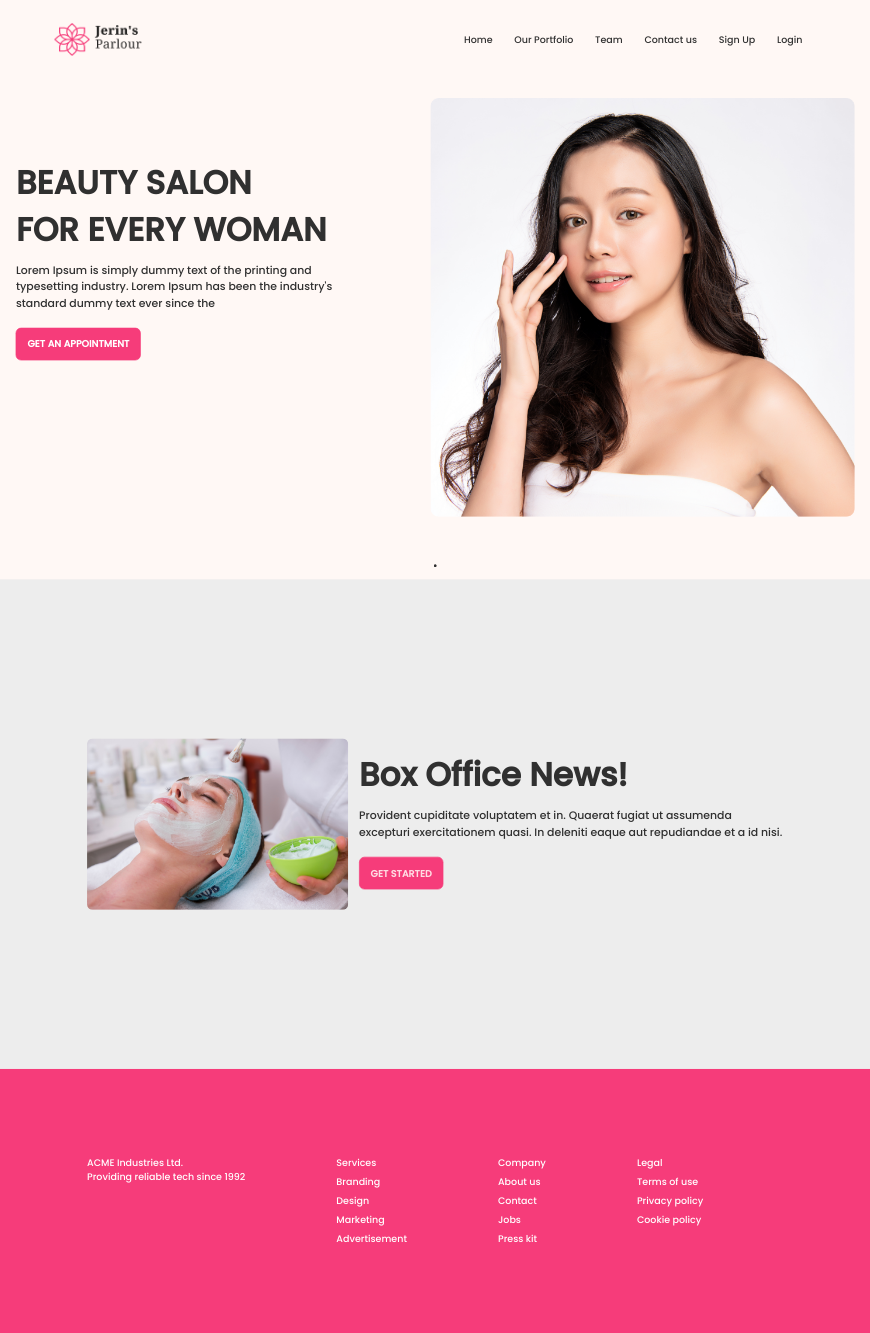
Repository: Wahid137/jerins-parlour-client
Page: /
An editor plug-in stored every save of this project. The page is shown before and after the next save, followed by the edit.
The browser window is 1280 px wide. The pictures show the whole page, at 68% of full size.
The page's requests for data from a server got no answer. The project was rebuilt for these pictures with package versions that can differ from the ones it lists, and the page was loaded fresh each time. No one was signed in, and anything a server would have sent is missing. Also part of the build but not shown: src/App.css, src/Pages/Home/Services/ServicesCard.js.

Above is the page before, as saved 2023-07-16 04:06:31.

### public/index.html
<!DOCTYPE html>
<html lang="en">
  <head>
    <meta charset="utf-8" />
    <link rel="icon" href="%PUBLIC_URL%/favicon.ico" />
    <meta name="viewport" content="width=device-width, initial-scale=1" />
    <meta name="theme-color" content="#000000" />
    <meta
      name="description"
      content="Web site created using create-react-app"
    />
    <link rel="preconnect" href="https://fonts.googleapis.com">
    <link rel="preconnect" href="https://fonts.gstatic.com" crossorigin>
    <link href="https://fonts.googleapis.com/css2?family=Poppins:wght@500&display=swap" rel="stylesheet">
    <link rel="apple-touch-icon" href="%PUBLIC_URL%/logo192.png" />
    <!--
      manifest.json provides metadata used when your web app is installed on a
      user's mobile device or desktop. See https://developers.google.com/web/fundamentals/web-app-manifest/
    -->
    <link rel="manifest" href="%PUBLIC_URL%/manifest.json" />
    <!--
      Notice the use of %PUBLIC_URL% in the tags above.
      It will be replaced with the URL of the `public` folder during the build.
      Only files inside the `public` folder can be referenced from the HTML.

      Unlike "/favicon.ico" or "favicon.ico", "%PUBLIC_URL%/favicon.ico" will
      work correctly both with client-side routing and a non-root public URL.
      Learn how to configure a non-root public URL by running `npm run build`.
    -->
    <title>React App</title>
  </head>
  <body>
    <noscript>You need to enable JavaScript to run this app.</noscript>
    <div id="root"></div>
    <!--
      This HTML file is a template.
      If you open it directly in the browser, you will see an empty page.

      You can add webfonts, meta tags, or analytics to this file.
      The build step will place the bundled scripts into the <body> tag.

      To begin the development, run `npm start` or `yarn start`.
      To create a production bundle, use `npm run build` or `yarn build`.
    -->
  </body>
</html>

### src/index.js
import React from 'react';
import ReactDOM from 'react-dom/client';
import './index.css';
import App from './App';
import reportWebVitals from './reportWebVitals';
import { QueryClient, QueryClientProvider } from '@tanstack/react-query'


// Create a client
const queryClient = new QueryClient()

const root = ReactDOM.createRoot(document.getElementById('root'));
root.render(
  <React.StrictMode>
    <QueryClientProvider client={queryClient}>
      <App />
    </QueryClientProvider>
  </React.StrictMode>
);

// If you want to start measuring performance in your app, pass a function
// to log results (for example: reportWebVitals(console.log))
// or send to an analytics endpoint. Learn more: https://bit.ly/CRA-vitals
reportWebVitals();

### src/index.css
@tailwind base;
@tailwind components;
@tailwind utilities;

body {
  background-color: #FFF8F5;
  margin: 0;
  font-family: -apple-system, BlinkMacSystemFont, 'Segoe UI', 'Roboto', 'Oxygen',
    'Ubuntu', 'Cantarell', 'Fira Sans', 'Droid Sans', 'Helvetica Neue',
    sans-serif;
    font-family: 'Poppins', sans-serif;
  -webkit-font-smoothing: antialiased;
  -moz-osx-font-smoothing: grayscale;
}

code {
  font-family: source-code-pro, Menlo, Monaco, Consolas, 'Courier New',
    monospace;
}

### src/App.js
import logo from './logo.svg';
import './App.css';
import { RouterProvider } from 'react-router-dom';
import router from './Routes/Routes/Routes';
import { Toaster } from 'react-hot-toast';

function App() {
  return (
    <div className=" mx-auto">
      <RouterProvider router={router}></RouterProvider>
      <Toaster></Toaster>
    </div>
  );
}

export default App;

### src/Routes/Routes/Routes.js
const { createBrowserRouter } = require("react-router-dom");
const { default: Main } = require("../../Layout/Main");
const { default: Home } = require("../../Pages/Home/Home/Home");

const router = createBrowserRouter([
    {
        path: '/',
        element: <Main></Main>,
        children: [
            {
                path: '/',
                element: <Home></Home>
            }
        ]
    }
])
export default router;

### src/Layout/Main.js
import React from 'react';
import Navbar from '../Shared/Navbar/Navbar';
import { Outlet } from 'react-router-dom';
import Footer from '../Shared/Footer/Footer';

const Main = () => {
    return (
        <div>
            <Navbar></Navbar>
            <Outlet></Outlet>
            <Footer></Footer>
        </div>
    );
};

export default Main;

### src/Pages/Home/Home/Home.js
import React from 'react';
import Banner from '../Banner/Banner';
import Services from '../Services/Services';
import Screen from '../Screen/Screen';

const Home = () => {
    return (
        <div>
            <Banner></Banner>
            <Services></Services>
            <Screen></Screen>
        </div>
    );
};

export default Home;

### src/Shared/Navbar/Navbar.js
import React from 'react';
import logo from '../../assets/logo.png';
import { Link } from 'react-router-dom';

const Navbar = () => {
    const menuItem = <>
        <li><Link to="/">Home</Link></li>
        <li><Link to="/portfolio">Our Portfolio</Link></li>
        <li><Link to="/team">Team</Link></li>
        <li><Link to="/dashboard">Contact us</Link></li>
        <li><Link to="/signup">Sign Up</Link></li>
        <li><Link to="/login">Login</Link></li>

    </>
    return (
        <div className="navbar flex justify-between px-20 pt-8">
            <div className="navbar-start">
                <div className="dropdown">
                    <label tabIndex={0} className="btn btn-ghost lg:hidden">
                        <svg xmlns="http://www.w3.org/2000/svg" className="h-5 w-5" fill="none" viewBox="0 0 24 24" stroke="currentColor"><path strokeLinecap="round" strokeLinejoin="round" strokeWidth="2" d="M4 6h16M4 12h8m-8 6h16" /></svg>
                    </label>
                    <ul tabIndex={1} className="menu menu-sm dropdown-content mt-3 z-[1] p-2 shadow bg-base-100 rounded-box w-52">
                        {menuItem}
                    </ul>
                </div>
                <Link to="/" className="w-32">
                    <img src={logo} alt="" />
                </Link>
            </div>
            <div className="navbar-center hidden lg:flex">
                <ul className="menu menu-horizontal px-1">
                    {menuItem}
                </ul>
            </div>
            <label htmlFor="dashboard-drawer" tabIndex={2} className="btn btn-ghost lg:hidden">
                <svg xmlns="http://www.w3.org/2000/svg" className="h-5 w-5" fill="none" viewBox="0 0 24 24" stroke="currentColor"><path strokeLinecap="round" strokeLinejoin="round" strokeWidth="2" d="M4 6h16M4 12h8m-8 6h16" /></svg>
            </label>

        </div>
    );
};

export default Navbar;

### src/Shared/Footer/Footer.js
import React from 'react';


const Footer = () => {
    return (
        <footer className="footer p-32 bg-primary text-white w-full max-w-full">
            <div>
                <p>ACME Industries Ltd.<br />Providing reliable tech since 1992</p>
            </div>
            <div>
                <span className=" text-white">Services</span>
                <a href="/" className="link link-hover">Branding</a>
                <a href="/" className="link link-hover">Design</a>
                <a href="/" className="link link-hover">Marketing</a>
                <a href="/" className="link link-hover">Advertisement</a>
            </div>
            <div>
                <span className="">Company</span>
                <a href="/" className="link link-hover">About us</a>
                <a href="/" className="link link-hover">Contact</a>
                <a href="/" className="link link-hover">Jobs</a>
                <a href="/" className="link link-hover">Press kit</a>
            </div>
            <div>
                <span className="">Legal</span>
                <a href="/" className="link link-hover">Terms of use</a>
                <a href="/" className="link link-hover">Privacy policy</a>
                <a href="/" className="link link-hover">Cookie policy</a>
            </div>
        </footer>
    );
};

export default Footer;

### src/Pages/Home/Banner/Banner.js
import React from 'react';
import woman from '../../../assets/images/woman.png';
import PrimaryButton from '../../../Components/PrimaryButton/PrimaryButton';

const Banner = () => {
    return (
        <div className="hero" >
            <div className="hero-content flex-col lg:flex-row-reverse min-h-screen">

                <img src={woman} className="rounded-lg lg:w-1/2" alt="" />

                <div className='lg:me-32 lg:-mt-32'>
                    <h1 className="text-5xl font-bold mt-0 mb-5">BEAUTY SALON</h1>
                    <h1 className="text-5xl font-bold">FOR EVERY WOMAN</h1>
                    <p className="py-6">Lorem Ipsum is simply dummy text of the printing and <br /> typesetting industry. Lorem Ipsum has been the industry's <br /> standard dummy text ever since the</p>
                    <PrimaryButton>Get an Appointment</PrimaryButton>
                </div>
            </div>
        </div>
    );
};

export default Banner;

### src/Pages/Home/Services/Services.js
import { useQuery } from '@tanstack/react-query';
import React from 'react';
import Loading from '../../../Shared/Loading/Loading';


import ServicesCard from './ServicesCard';
import PrimaryButton from '../../../Components/PrimaryButton/PrimaryButton';



const Services = () => {
    const { data: services = [], isLoading } = useQuery({
        queryKey: ['services'],
        queryFn: () => fetch('http://localhost:5000/services')
            .then(res => res.json())
    })


    if (isLoading) {
        return <Loading></Loading>;
    }

    return (
        <div className='p-0 my-5'>
            <div className='mx-auto mb-4 py-10 text-center w-1/2'>
                <p className='text-2xl font-bold'>Our Awesome <span className='text-primary'>Services</span></p>
            </div>
            <div className='grid gap-1 grid-cols-1 md:grid-cols-2 lg:grid-cols-3'>
                {
                    services.map(service => <ServicesCard
                        key={service._id}
                        service={service}
                    ></ServicesCard>)
                }
            </div>
            <div className='text-center mt-10'>
                <PrimaryButton >Explore More</PrimaryButton>
            </div>

        </div >
    );
};

export default Services;

### src/Pages/Home/Screen/Screen.js
import React from 'react';
import face from '../../../assets/images/face.png'

const Screen = () => {
    return (
        <div className="hero min-h-screen bg-base-200">
            <div className="hero-content flex-col lg:flex-row">
                <img src={face} className="max-w-sm rounded-lg" alt="" />
                <div className='w-1/2'>
                    <h1 className="text-5xl font-bold">Box Office News!</h1>
                    <p className="py-6">Provident cupiditate voluptatem et in. Quaerat fugiat ut assumenda excepturi exercitationem quasi. In deleniti eaque aut repudiandae et a id nisi.</p>
                    <button className="btn btn-primary">Get Started</button>
                </div>
            </div>
        </div>
    );
};

export default Screen;

### src/Components/PrimaryButton/PrimaryButton.js
import React from 'react';

const PrimaryButton = ({ children }) => {
    return (
        <button className="btn btn-primary text-white">{children}</button>
    );
};

export default PrimaryButton;

### src/Shared/Loading/Loading.js
import React from 'react';

const Loading = () => {
    return (
        <div className="flex items-center justify-center">
            <span className="loading loading-ring loading-lg"></span>
        </div>
    );
};

export default Loading;

### tailwind.config.js
/** @type {import('tailwindcss').Config} */
module.exports = {
  content: [
    "./src/**/*.{js,jsx,ts,tsx}",
  ],
  daisyui: {
    themes: [
      {
        parlourTheme: {
          primary: '#F63E7B',
          secondary: '#FFF8F5',
          accent: '##F4F7FC',
          neutral: '#3D4451',
          "base-100": '#FFFFFF',
        }
      }
    ]
  },
  theme: {
    extend: {},
  },
  plugins: [require("daisyui")],
}

Loaded but not shown: src/reportWebVitals.js (common file)

After the next save:
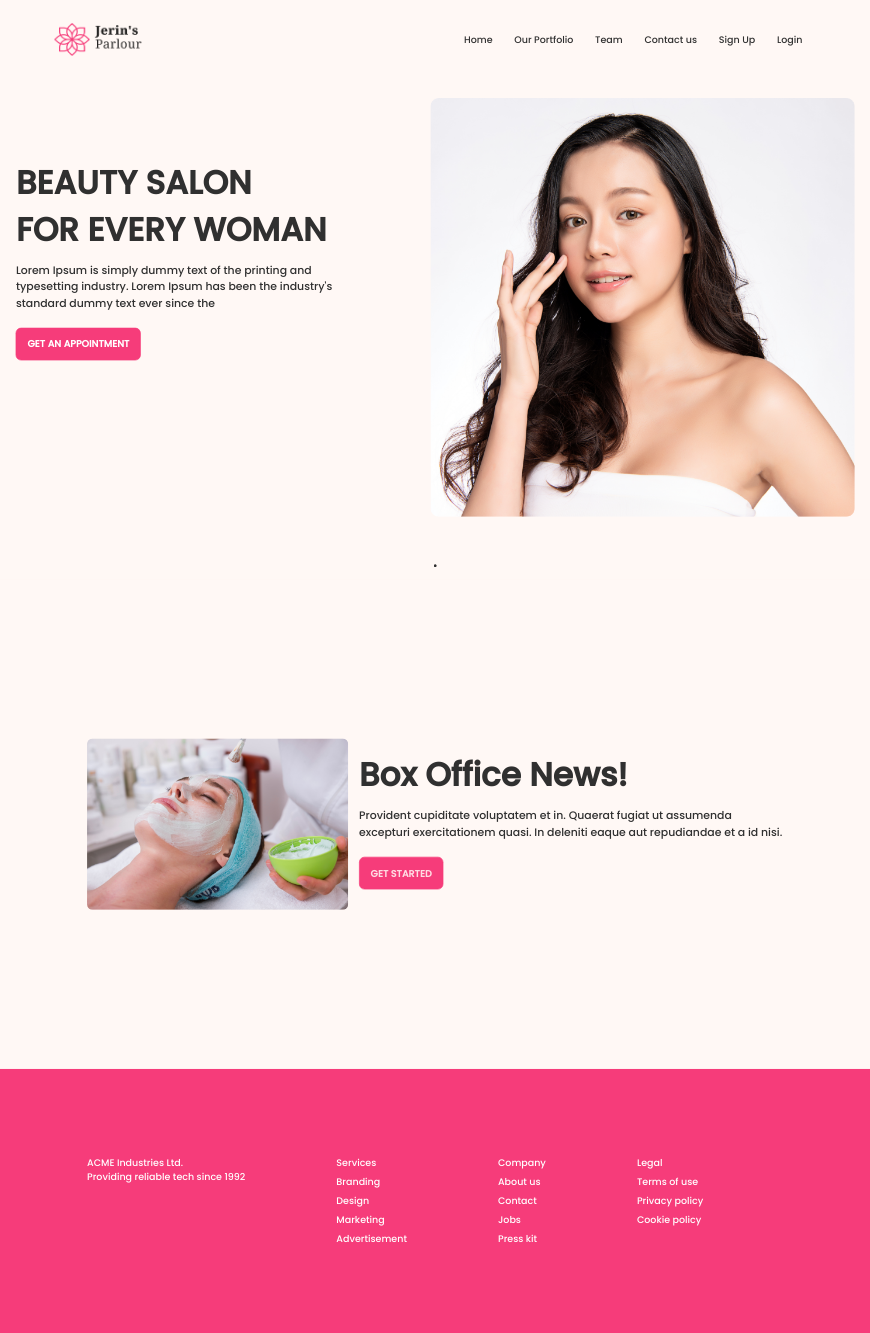
Saved 52 s later.
--- a/src/Pages/Home/Screen/Screen.js
+++ b/src/Pages/Home/Screen/Screen.js
@@ -3,7 +3,7 @@ import face from '../../../assets/images/face.png'
 
 const Screen = () => {
     return (
-        <div className="hero min-h-screen bg-base-200">
+        <div className="hero min-h-screen bg-secondary">
             <div className="hero-content flex-col lg:flex-row">
                 <img src={face} className="max-w-sm rounded-lg" alt="" />
                 <div className='w-1/2'>
